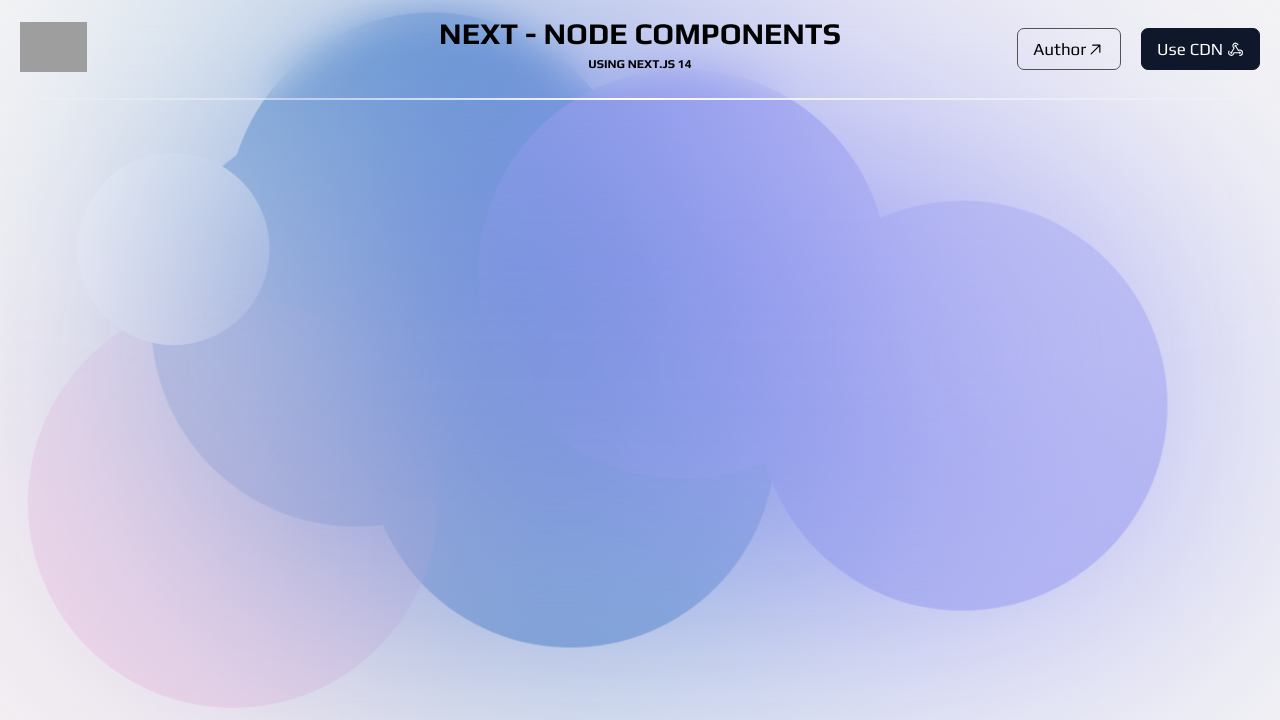
Repository: keval-gohil/komponents
Page: /
These files come from the project's save history. The page is drawn as it stood at one moment and after the next save; the edit follows.
The browser window is 1280 px wide. The pictures show the whole page.
Pictures or frames that could not be fetched are drawn as grey boxes. Some web fonts or font styles are not loaded; a fallback is used. The project was rebuilt for these pictures with package versions that can differ from the ones it lists, and the page was loaded fresh each time. The framework's server and built-in components were replaced by stand-ins that run in the browser. Also part of the build but not shown: next.config.mjs.

Above is the page before, as saved 2024-03-07 17:50:51.

After the next save:
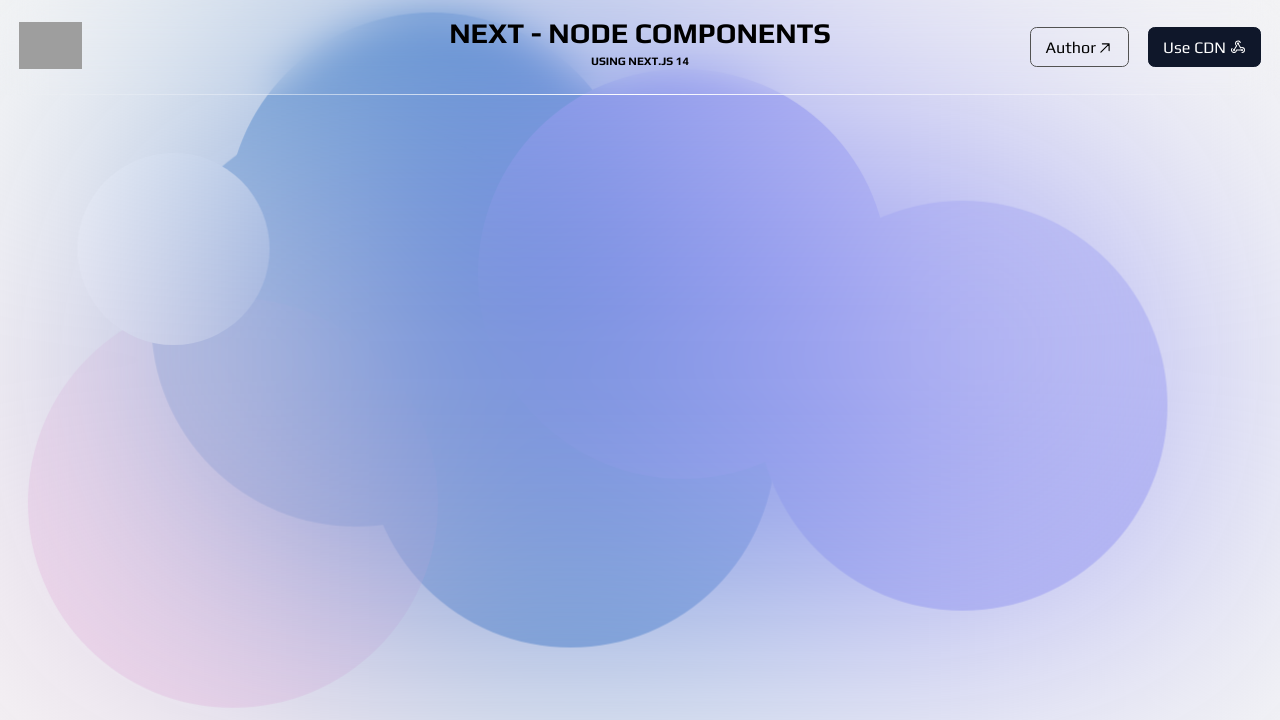
Saved 23 s later.
--- a/app/globals.css
+++ b/app/globals.css
@@ -119,6 +119,6 @@
 
   @media (max-width: 1300px) {
 	html{
-
+		font-size: 9.5px;
 	}
   }
